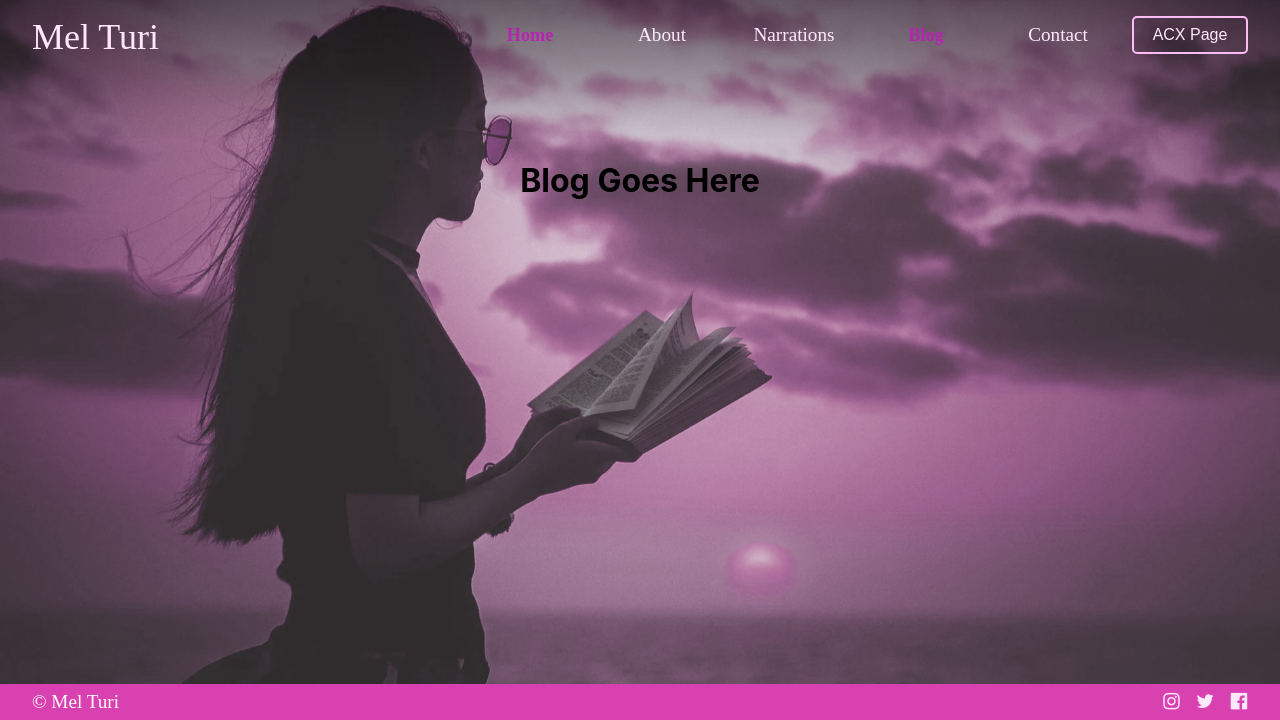
Repository: mel-turi/mel-turi-website
Page: /blog
The author's editor kept a copy of each file at every save. The page is drawn from the files as they stood at one save, then again after the next save.
The browser window is 1280 px wide. The pictures show the whole page.
Some web fonts or font styles are not loaded; a fallback is used. The project was rebuilt for these pictures with package versions that can differ from the ones it lists, and the page was loaded fresh each time. Also part of the build but not shown: src/Main.js, src/About.js, src/Narrations.js, src/Contact.js.

Above is the page before, as saved 2019-08-24 15:04:36.

### public/index.html
<!DOCTYPE html>
<html lang="en">
  <head>
    <meta charset="utf-8" />
    <link rel="apple-touch-icon" sizes="57x57" href="/apple-icon-57x57.png" />
    <link rel="apple-touch-icon" sizes="60x60" href="/apple-icon-60x60.png" />
    <link rel="apple-touch-icon" sizes="72x72" href="/apple-icon-72x72.png" />
    <link rel="apple-touch-icon" sizes="76x76" href="/apple-icon-76x76.png" />
    <link
      rel="apple-touch-icon"
      sizes="114x114"
      href="/apple-icon-114x114.png"
    />
    <link
      rel="apple-touch-icon"
      sizes="120x120"
      href="/apple-icon-120x120.png"
    />
    <link
      rel="apple-touch-icon"
      sizes="144x144"
      href="/apple-icon-144x144.png"
    />
    <link
      rel="apple-touch-icon"
      sizes="152x152"
      href="/apple-icon-152x152.png"
    />
    <link
      rel="apple-touch-icon"
      sizes="180x180"
      href="/apple-icon-180x180.png"
    />
    <link
      rel="icon"
      type="image/png"
      sizes="192x192"
      href="/android-icon-192x192.png"
    />
    <link rel="icon" type="image/png" sizes="32x32" href="/favicon-32x32.png" />
    <link rel="icon" type="image/png" sizes="96x96" href="/favicon-96x96.png" />
    <link rel="icon" type="image/png" sizes="16x16" href="/favicon-16x16.png" />
    <link rel="manifest" href="/manifest.json" />
    <meta name="msapplication-TileColor" content="#ffffff" />
    <meta name="msapplication-TileImage" content="/ms-icon-144x144.png" />
    <meta name="theme-color" content="#ffffff" />
    <meta name="viewport" content="width=device-width, initial-scale=1" />
    <meta name="description" content="Portfolio website for Mel Turi" />
    <link
      href="https://fonts.googleapis.com/css?family=Sail&display=swap"
      rel="stylesheet"
    />
    <link
      href="https://stackpath.bootstrapcdn.com/font-awesome/4.7.0/css/font-awesome.min.css"
      rel="stylesheet"
      integrity="sha384-wvfXpqpZZVQGK6TAh5PVlGOfQNHSoD2xbE+QkPxCAFlNEevoEH3Sl0sibVcOQVnN"
      crossorigin="anonymous"
    />
    <link rel="apple-touch-icon" href="logo192.png" />

    <link rel="manifest" href="%PUBLIC_URL%/manifest.json" />

    <title>Mel Turi | Audible Narrator</title>
  </head>
  <body>
    <noscript>You need to enable JavaScript to run this app.</noscript>
    <div id="root"></div>
  </body>
</html>

### src/index.css
:root {
  --light-primary-color: #ffe8fe;
  --light-secondary-color: #fffdff;
  --dark-primary-color: #d941b1;
  --dark-secondary-color: #b524b0;
}

body {
  text-decoration: none;
  text-decoration-color: none;
  margin: 0;
  padding: 0;
  font-family: -apple-system, BlinkMacSystemFont, 'Segoe UI', 'Roboto', 'Oxygen',
    'Ubuntu', 'Cantarell', 'Fira Sans', 'Droid Sans', 'Helvetica Neue',
    sans-serif;
  -webkit-font-smoothing: antialiased;
  -moz-osx-font-smoothing: grayscale;
}

body a {
  text-decoration: none;
  color: var(--light-primary-color);
  transition: 0.6s;
}

a:hover,
.active {
  font-weight: bold;
  font-size: 95%;
}

.active {
  color: var(--dark-secondary-color);
}

code {
  font-family: source-code-pro, Menlo, Monaco, Consolas, 'Courier New',
    monospace;
}

.wrapper {
  background: url(./assets/bg-main-1.png) no-repeat center center fixed;
  background-size: cover;
  z-index: 2;
  display: grid;
  grid-template-rows: auto 1fr auto;
  align-items: space-between;
  min-height: 100vh;
  overflow: auto;
}

/*
*
* Header
*
*/

.nav-wrapper {
  color: var(--light-primary-color);
  font-family: 'Sail', cursive;
  font-size: 1.2rem;
  height: 15vh;
  display: grid;
  grid-template-columns: 1fr 6fr;
  align-items: start;
  justify-content: space-between;
  margin: 0;
  padding: 1rem 0 1rem 0;
  background: linear-gradient(
    rgba(0, 0, 0, 0.45),
    rgba(0, 0, 0, 0.35),
    rgba(0, 0, 0, 0.25),
    rgba(0, 0, 0, 0.1),
    rgba(0, 0, 0, 0)
  );
}

.title {
  font-size: 2.25rem;
  padding-left: 2rem;

  justify-self: start;
}
.main-navigation {
  color: var(--light-primary-color);
  justify-self: end;
  padding-right: 2rem;
}
.main-navigation > ul {
  display: grid;
  grid-template-columns: 1fr 1fr 1fr 1fr 1fr 1fr;
  grid-column-gap: 1rem;
  justify-items: center;
  align-items: center;
  margin: 0;
  padding: 0;
  list-style-type: none;
}

.main-navigation > ul > li {
  justify-self: center;
}

.button {
  font-family: Arial, Helvetica, sans-serif;
  font-size: 1rem;
  border: 2px solid #fdbcf4;
  border-radius: 5px;
  padding: 0.5rem 1rem 0.5rem 1rem;
  width: 5rem;
}
/*
*
* Main
*
*/

.main-container {
  color: var(--light-primary-color);
  font-family: -apple-system, BlinkMacSystemFont, 'Segoe UI', Roboto, Oxygen,
    Ubuntu, Cantarell, 'Open Sans', 'Helvetica Neue', sans-serif;
  font-size: 1.2rem;
}

.home {
  height: 50vh;
  display: grid;
  grid-template-columns: repeat(9, 1fr);
  grid-template-rows: repeat(5, 1fr);
  align-items: center;
  justify-content: space-between;
  margin: 0;
  padding: 1rem 0 1rem 0;
}

.big-title {
  border: 1px solid var(--dark-primary-color);
  grid-column: 3 / span 5;
  grid-row: 1 / span 1;
  height: 35vh;
  margin: 2rem;
  background: rgba(255, 255, 255, 0.25);
}

/* .main-container {
  color: var(--light-primary-color);
  font-family: Arial, Helvetica, sans-serif;
  font-size: 1.2rem;
  height: 50vh;
  display: grid;
  grid-template-columns: repeat(9, 1fr);
  grid-template-rows: repeat(5, 1fr);
  align-items: center;
  justify-content: space-between;
  margin: 0;
  padding: 1rem 0 1rem 0;
}

.about-me {
  border: 1px solid var(--dark-primary-color);
  grid-column: 3 / span 5;
  grid-row: 1 / span 1;
  height: 65vh;
  margin: 2rem;
  background: rgba(255, 255, 255, 0.25);
}


.testimonials {
  display: grid;
  grid-template-columns: repeat(9, 1fr);
  grid-template-rows: repeat(5, 1fr);
  align-items: center;
  justify-content: space-between;
  margin: 0;
  padding: 1rem 0 1rem 0;
}
.testimonial-1 {
  grid-column: 1 / span 3;
  grid-row: 3 / span 1;
  margin: 1rem;
}
.testimonial-2 {
  grid-column: 7 / span 3;
  grid-row: 3 / span 1;
  margin: 1rem;
} */

/*
*
* Footer
*
*/

footer {
  bottom: 0;
  width: 100%;
  position: absolute;
  color: var(--light-secondary-color);
  font-family: 'Sail', cursive;
  font-size: 1.2rem;
  height: 5vh;
  display: grid;
  grid-template-columns: 1fr 1fr;
  align-items: center;
  justify-content: space-between;
  margin: 0;
  padding: 0;
  background: var(--dark-primary-color);
}
.social-footer {
  justify-self: end;
  padding-right: 2rem;
}
.social-footer > ul {
  display: grid;
  grid-template-columns: 1fr 1fr 1fr;
  grid-column-gap: 1rem;
  justify-items: center;
  align-items: center;
  margin: 0;
  padding: 0;
  list-style-type: none;
}

.copyright {
  justify-self: start;
  padding-left: 2rem;
}

@media (max-height: 600px) {
  .wrapper {
    background: url(./assets/bg-main-2.png) no-repeat center center fixed;
    background-size: cover;
    z-index: 2;
    display: grid;
    grid-template-rows: auto 1fr auto;
    align-items: space-between;
    min-height: 100vh;
  }
}

@media (max-width: 786px) {
  body {
    max-width: 786px;
    padding: 0;
    margin: 0;
  }
  .wrapper {
    background: url(./assets/bg-mobile.png) no-repeat center center fixed;

    display: flex;
    flex-direction: column;
    flex-wrap: wrap;
    justify-content: center;
    align-items: center;
  }
  .main-container {
    display: flex;
    flex-direction: column;
  }

  .big-title {
    border: none;
    background: none;
  }

  .testimonial-1 {
    padding-bottom: 2rem;
  }
  .testimonial-2 {
    padding-bottom: 2rem;
  }
  .nav-wrapper {
    display: flex;
    flex-direction: column;
    justify-content: center;
    align-items: center;
    background: none;
    padding: 0;
    margin: 0;
  }
  .main-navigation {
    margin: 0;
    padding: 0;
  }
  .main-navigation > ul {
    display: flex;
    flex-direction: column;
    align-items: center;
    padding: 0;
    margin: 0;
  }
  .title {
    font-size: 2.25rem;
    padding: 0;
    margin: 0;
    position: fixed;
    width: 100vw;
    top: 0;
    background: var(--dark-primary-color);
    justify-self: center;
  }
}

### src/App.js
import React from 'react';
import Footer from './Footer';
import Header from './Header';
import Main from './Main';
import About from './About';
import Narrations from './Narrations';
import Blog from './Blog';
import Contact from './Contact';
import './App.css';
import { BrowserRouter as Router, Switch, Route } from 'react-router-dom';

class App extends React.Component {
  constructor(props) {
    super();
    this.state = {
      page: 'home',
      containerpage: 'main-container',
      item1: {
        class: '',
        title: '',
        content: ''
      },
      item2: {
        class: ''
      },
      item3: {
        class: ''
      }
    };
  }

  render() {
    return (
      <Router>
        <div className='App'>
          <div className='wrapper'>
            <Header />
            <Switch>
              <Route
                path='/'
                exact
                render={props => (
                  <Main {...props} page='home' state={this.state} />
                )}
              />
              <Route
                path='/about'
                render={props => (
                  <About {...props} page='about' state={this.state} />
                )}
              />
              <Route
                path='/narrations'
                render={props => (
                  <Narrations {...props} page='narrations' state={this.state} />
                )}
              />
              <Route
                path='/blog'
                render={props => (
                  <Blog {...props} page='blog' state={this.state} />
                )}
              />
              <Route path='/contact' component={Contact} state={this.state} />
            </Switch>
            <Footer />
          </div>
        </div>
      </Router>
    );
  }
}

export default App;

### src/Footer.js
import React, { Component } from 'react';

export class Footer extends Component {
  render() {
    return (
      <footer className='footer'>
        <div className='copyright'>&copy; Mel Turi</div>
        <div className='social-footer'>
          <ul>
            <li>
              <a
                target='_blank'
                rel='noopener noreferrer'
                href='https://www.instagram.com/mel.turi'
              >
                <i className='fa fa-instagram'></i>
              </a>
            </li>
            <li>
              <a
                target='_blank'
                rel='noopener noreferrer'
                href='https://www.twitter.com/turimel'
              >
                <i className='fa fa-twitter'></i>
              </a>
            </li>

            <li>
              <a
                target='_blank'
                rel='noopener noreferrer'
                href='https://www.facebook.com/mel.turi.96'
              >
                <i className='fa fa-facebook-official'></i>
              </a>
            </li>
          </ul>
        </div>
      </footer>
    );
  }
}

export default Footer;

### src/Header.js
import React, { Component } from 'react';
import { NavLink } from 'react-router-dom';

export class Header extends Component {
  render() {
    return (
      <nav className='nav-wrapper'>
        <div className='title'>Mel Turi</div>
        <div className='main-navigation'>
          <ul>
            <li>
              <NavLink
                to={{
                  pathname: '/',
                  state: { page: 'home' }
                }}
              >
                Home
              </NavLink>
            </li>
            <li>
              <NavLink
                to={{
                  pathname: '/about',
                  state: { page: 'about' }
                }}
              >
                About
              </NavLink>
            </li>
            <li>
              <NavLink to='/narrations'>Narrations</NavLink>
            </li>
            <li>
              <NavLink to='/blog'>Blog</NavLink>
            </li>
            <li>
              <NavLink to='/contact'>Contact</NavLink>
            </li>
            <div className='button nav-button'>
              <li>
                <a
                  target='_blank'
                  rel='noopener noreferrer'
                  href='https://www.acx.com/narrator?p=AI0XTZMVU6YKG'
                >
                  ACX Page
                </a>
              </li>
            </div>
          </ul>
        </div>
      </nav>
    );
  }
}

export default Header;

### src/Blog.js
import React, { Component } from 'react';

export class Blog extends Component {
  render() {
    return (
      <div>
        <h1>Blog Goes Here</h1>
      </div>
    );
  }
}

export default Blog;

### src/Content.js
import React from 'react';

const Content = props => {
  return (
    <main>
      {/* <div className={props.containerpage}>
        <div className={props.item1.class}>
          <h1>{props.item1.title}</h1>
          <p>{props.item1.content}</p>
        </div> */}
      <div className='item-2-container'>
        <div className='testimonial-1'>
          <h3 className='tt-1'>Testimonial 1</h3>
          <p>
            Lorem ipsum dolor sit amet consectetur adipisicing elit. Accusamus,
            necessitatibus?
          </p>
        </div>
        <div className='testimonial-2'>
          <h3 className='tt-2'>Testimonial 2</h3>
          <p>
            Lorem ipsum dolor sit amet consectetur adipisicing elit. Accusamus,
            necessitatibus?
          </p>
        </div>
      </div>
      {/* </div> */}
    </main>
  );
};

export default Content;

Loaded but not shown: src/index.js (common file); src/App.css (common file)

After the next save:
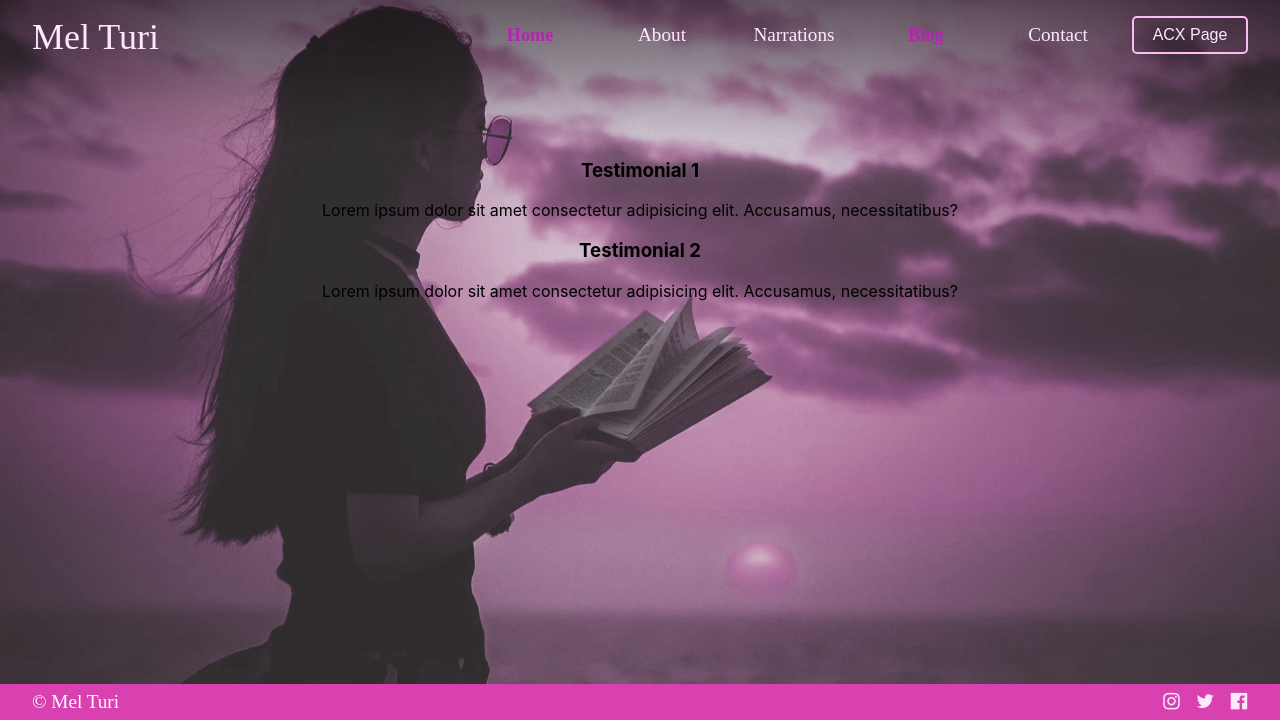
Saved 25 s later.
--- a/src/Blog.js
+++ b/src/Blog.js
@@ -1,13 +1,9 @@
-import React, { Component } from 'react';
+import React from 'react';
+import Content from './Content';
 
-export class Blog extends Component {
-  render() {
-    return (
-      <div>
-        <h1>Blog Goes Here</h1>
-      </div>
-    );
-  }
-}
+const Blog = props => {
+  console.log(props);
+  return <Content page={props.state.page} />;
+};
 
 export default Blog;
